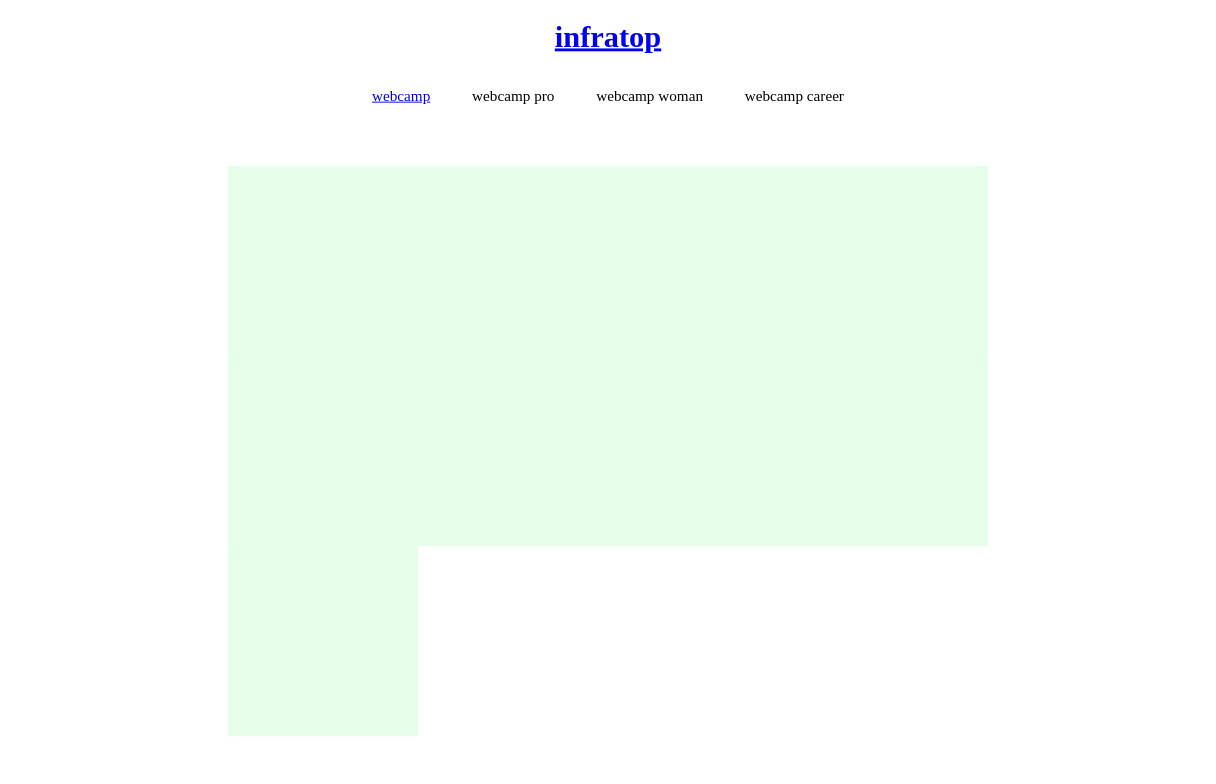
Repository: kk-um/advance1
Page: 演習/5.html
The author's editor kept a record of every edit. The page is drawn from the files as they stood at one moment, then again after the next edit.
The browser window is 1280 px wide. The pictures show the whole page, at 95% of full size.

Above is the page before.

### 演習/5.html
<!DOCTYPE html>
<html lang="ja">
  <head>
    <meta charset="UTF-8"/>
    <link rel="stylesheet" href="5.css"/>
    <title>5章演習</title>
  </head>

  <body>
    <header>
      <h1>
       <a href="http://infratop.jp/">infratop</a>
      </h1>
      </header>

      <nav>
        <ul class="nav-list">
          <li class="nav-list-item">
            <a href="http://web-camp.io/">webcamp</a>
            </li>
            <li class="nav-list-item">webcamp pro</li>
            <li class="nav-list-item">webcamp woman</li>
            <li class="nav-list-item">webcamp career</li>
        </ul>
      </nav>

      <div class="main">
        <div class="box1"></div>
        <div class="box1"></div>
        <div class="box1"></div>
        <div class="box1"></div>
        <div class="box1"></div>
        <div class="box1"></div>
        <div class="box1"></div>
        <div class="box1"></div>
        <div class="box1"></div>
      </div>
  </body>
</html>

### 演習/5.css
*{
  margin: 0;
  padding: 0;
  box-sizing: border-box;
}

header{
  width: 100%;
  padding: 20px;
  text-align: center;
}

.nav-list{
  text-align: center;
  padding: 15px;
  margin: 0 auto;
}

.nav-list-item{
  list-style: none;
  display: inline-block;
  margin: 0 20px;
}

.main{
  width: 800px;
  margin: 50px auto;
  display: flex;
  flex-wrap: wrap;
}

.box1{
  width: 200px;
  height: 200px;
  background-color: #e6ffe9;
}
.box2 {
  width: 200px;
  height: 200px;
  background-color: #cbffd3;
}

.box3 {
  width: 200px;
  height: 200px;
  background-color: #aeffbd;
}

.box4 {
  width: 200px;
  height: 200px;
  background-color: #93ffab;
}

.box5 {
  width: 200px;
  height: 200px;
  background-color: #f3ffd8;
}

.box6 {
  width: 200px;
  height: 200px;
  background-color: #edffbe;
}

.box7 {
  width: 200px;
  height: 200px;
  background-color: #e9ffa5;
}

.box8 {
  width: 200px;
  height: 200px;
  background-color: #e4ff8d;
}

.box9 {
  width: 200px;
  height: 200px;
  background-color: #d9e5ff;
}

.box10 {
  width: 200px;
  height: 200px;
  background-color: #bad3ff;
}

.box11 {
  width: 200px;
  height: 200px;
  background-color: #a4c6ff;
}

.box12 {
  width: 200px;
  height: 200px;
  background-color: #8eb8ff;
}

footer{
  width: 100%;
  height: 120px;
  background-color: #848282;
  text-align: center;
  line-height: 120px;
}

.footer-text{
  color: #fff
}

After the next edit:
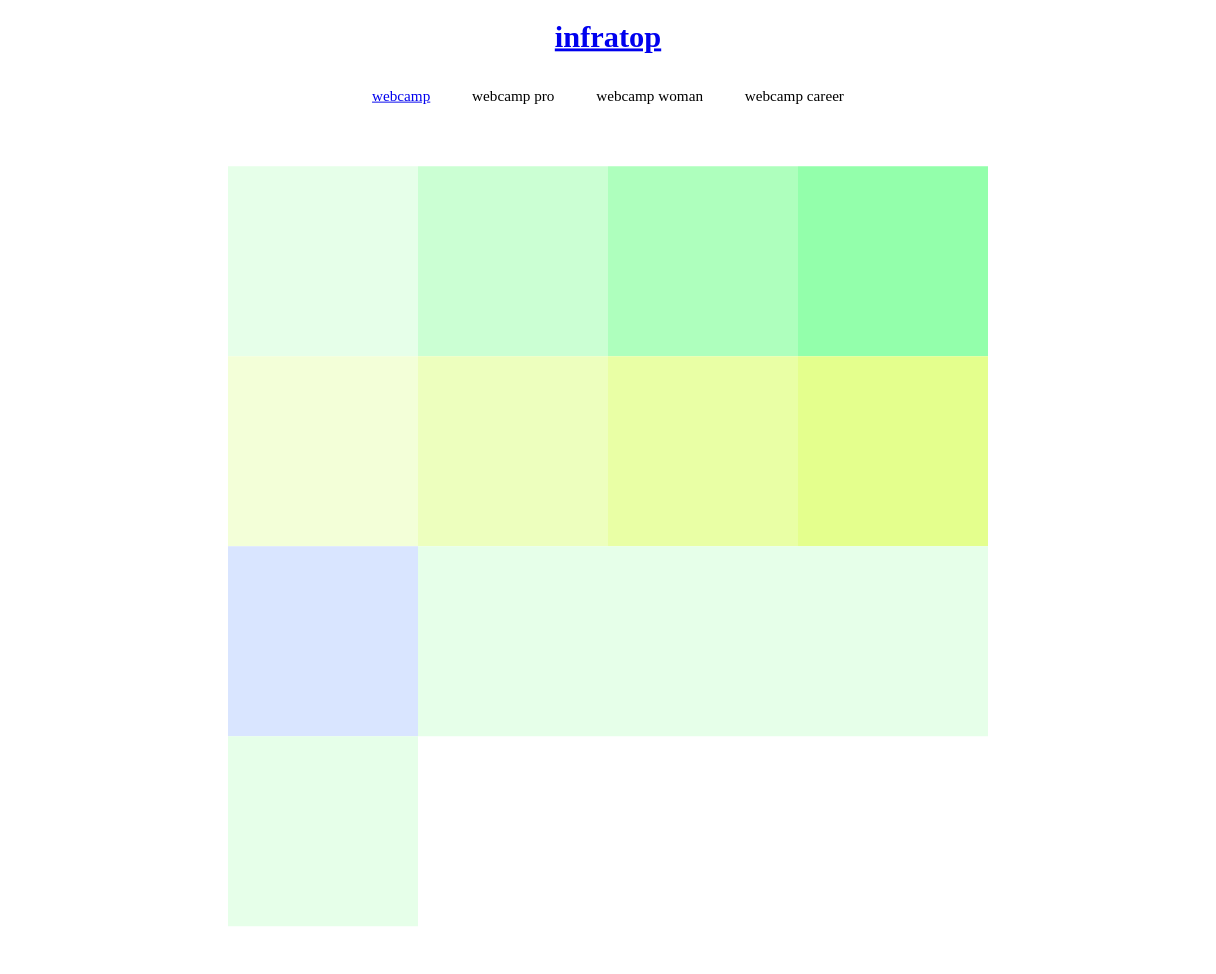
The edit:
--- a/演習/5.html
+++ b/演習/5.html
@@ -26,10 +26,14 @@
 
       <div class="main">
         <div class="box1"></div>
-        <div class="box1"></div>
-        <div class="box1"></div>
-        <div class="box1"></div>
-        <div class="box1"></div>
+        <div class="box2"></div>
+        <div class="box3"></div>
+        <div class="box4"></div>
+        <div class="box5"></div>
+        <div class="box6"></div>
+        <div class="box7"></div>
+        <div class="box8"></div>
+        <div class="box9"></div>
         <div class="box1"></div>
         <div class="box1"></div>
         <div class="box1"></div>
